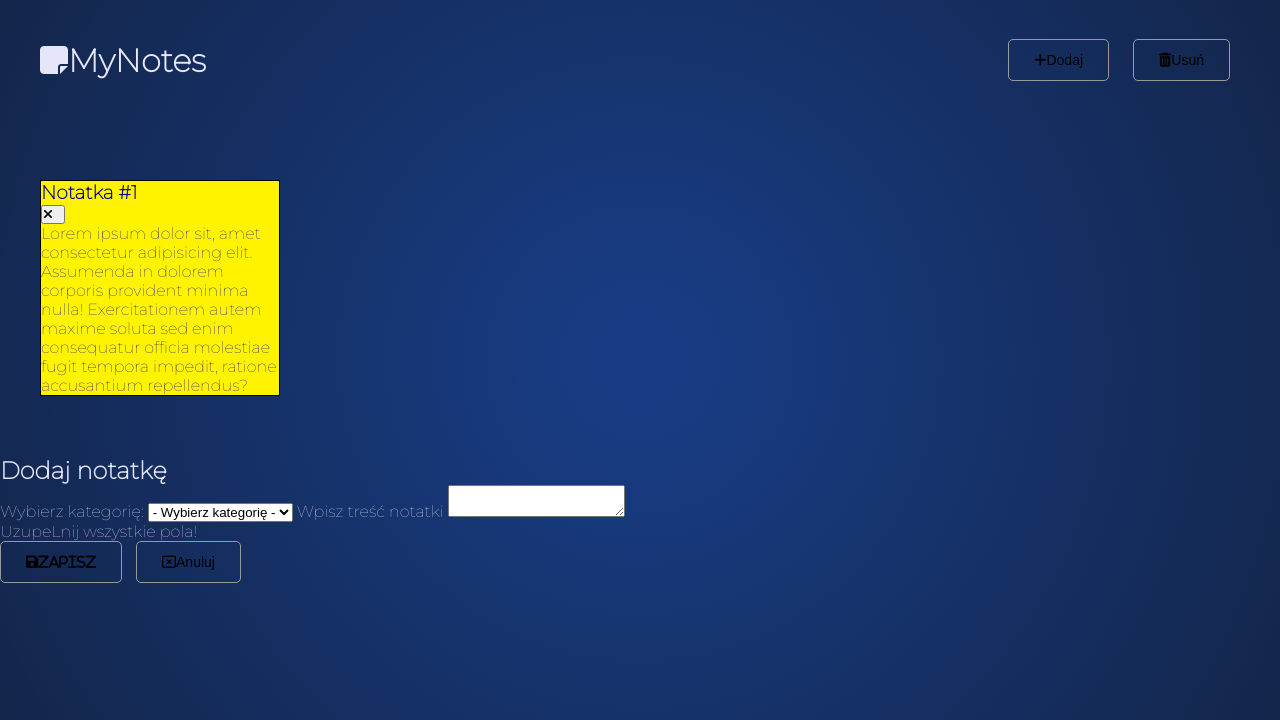
Repository: KrzysKolo/Projekt-7_Notes
Page: js/index.html
An editor plug-in stored every save of this project. The page is shown before and after the next save, followed by the edit.
The browser window is 1280 px wide. The pictures show the whole page.
Some web libraries are served in a nearby version.

Above is the page before, as saved 2020-07-07 13:48:45.
Console error: SyntaxError: Unexpected token '<'

### js/index.html
<!DOCTYPE html>
<html lang="en">
  <head>
    <meta charset="UTF-8" />
    <meta name="viewport" content="width=device-width, initial-scale=1.0" />
    <title>projekt 6 - My notes</title>
    <script
      src="https://kit.fontawesome.com/21efeaf281.js"
      crossorigin="anonymous"
    ></script>
    <link
      href="https://fonts.googleapis.com/css2?family=Montserrat:wght@100&display=swap"
      rel="stylesheet"
    />
    <link rel="stylesheet" href="./../css/style.css" />
  </head>
  <body>
    <div class="menu">
      <h1><i class="fas fa-sticky-note"></i>MyNotes</h1>
      <div class="menu-buttons">
        <button class="add icon"><i class="fas fa-plus"></i>Dodaj</button>
        <button class="delete-all icon">
          <i class="fas fa-trash-alt"></i>Usuń
        </button>
      </div>
    </div>

    <div class="note-area">
      <div class="note">
        <div class="note-header">
          <h3 class="note-title">Notatka #1</h3>
          <button class="delete-note"><i class="fas fa-times icon"></i></button>
        </div>

        <div class="note-body">
          Lorem ipsum dolor sit, amet consectetur adipisicing elit. Assumenda in
          dolorem corporis provident minima nulla! Exercitationem autem maxime
          soluta sed enim consequatur officia molestiae fugit tempora impedit,
          ratione accusantium repellendus?
        </div>
      </div>
    </div>

    <div class="note-panel">
      <h2>Dodaj notatkę</h2>
      <label for="category">Wybierz kategorię: </label>
      <select id="category">
        <option value="0" disabled selected>- Wybierz kategorię -</option>
        <option value="1">Praca</option>
        <option value="2">Dom</option>
        <option value="3">Zakupy</option>
        <option value="4">Inne</option>
      </select>

      <label for="text">Wpisz treść notatki</label>
      <textarea id="text"></textarea>

      <p class="error">UzupeLnij wszystkie pola!</p>
      <div class="panel-buttons">
        <button class="save icon"><i class="fas fa-save">Zapisz</i></button>
        <button class="cancel icon">
          <i class="far fa-window-close"></i>Anuluj
        </button>
      </div>
    </div>
    <script src="./../js/index.html"></script>
  </body>
</html>

### css/style.css
* {
  box-sizing: border-box;
  padding: 0;
  margin: 0;
}
body {
  height: 100vh;
  font-family: "Montserrat", sans-serif;
  background-image: radial-gradient(
    circle,
    rgba(24, 60, 132, 1) 5%,
    rgba(19, 38, 75, 1) 100%
  );
  color: lavender;
}
.menu {
  display: flex;
  justify-content: space-between;
  align-items: center;
  padding: 40px;
  height: 120px;
}
.menu button,
.note-panel .save,
.note-panel .cancel {
  padding: 12px 25px;
  background: none;
  border: 1px solid #999;
  border-radius: 5px;
  font-size: 14px;
  cursor: pointer;
  transition: background-color 0.3s, color 0.3s;
}
.menu button:hover,
.note-panel .save:hover,
.note-panel .cancel:hover {
  background-color: navy;
  color: paleturquoise;
}
.icon {
  margin-right: 10px;
}
.add {
  margin-right: 20px;
}
.note-area {
  display: flex;
  align-items: start;
  flex-wrap: wrap;
  padding: 20px;
}
.note {
  margin: 40px 20px;
  width: 240px;
  background-color: rgb(255, 243, 0);
  color: darkblue;
  border: 1px solid black;
}

After the next save:
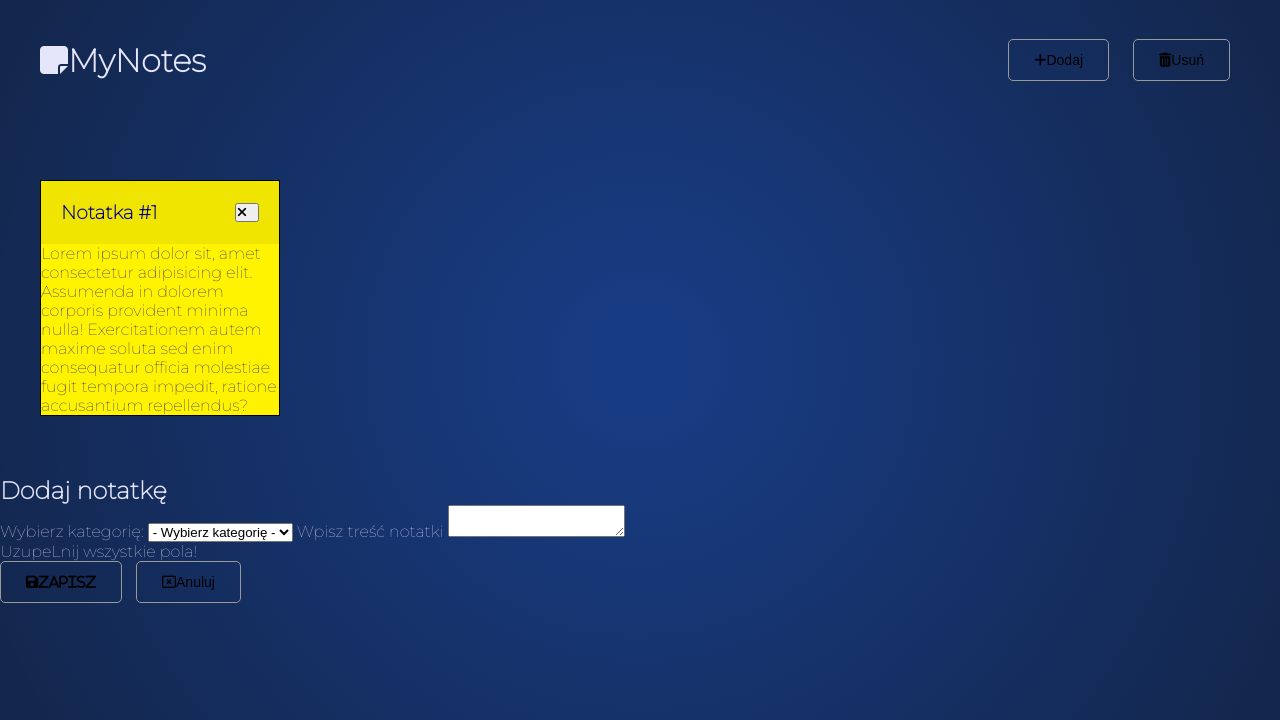
Saved 66 s later.
--- a/css/style.css
+++ b/css/style.css
@@ -56,3 +56,10 @@ body {
   color: darkblue;
   border: 1px solid black;
 }
+.note-header {
+  display: flex;
+  justify-content: space-between;
+  align-items: center;
+  padding: 20px;
+  background-color: rgba(0, 0, 0, 0.06);
+}
